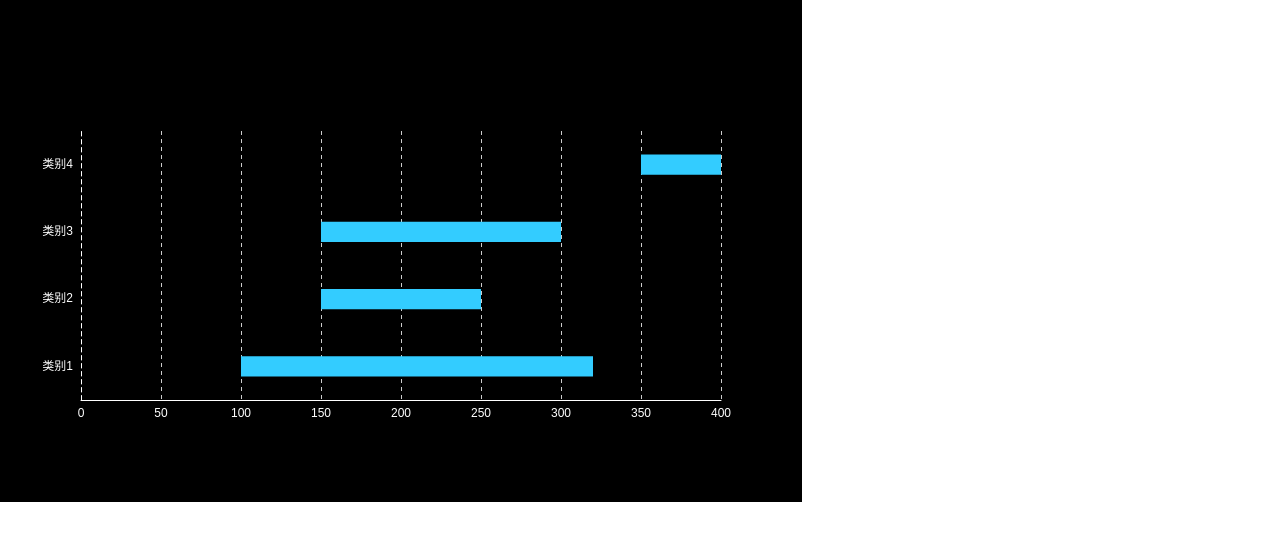
Repository: 572031690/echartproj
Page: /#/test
An editor plug-in stored every save of this project. The page is shown before and after the next save, followed by the edit.
The browser window is 1280 px wide. The pictures show the whole page.
The project was rebuilt for these pictures with package versions that can differ from the ones it lists, and the page was loaded fresh each time. Also part of the build but not shown: vue.config.js, src/components/Seller.vue, src/views/SellerPage.vue, src/utils/theme_utils.js, src/components/Trend.vue, src/views/TrendPage.vue, src/utils/map_utils.js, src/components/Map.vue and 9 more.

Above is the page before, as saved 2021-08-05 10:30:46.

After the next save:
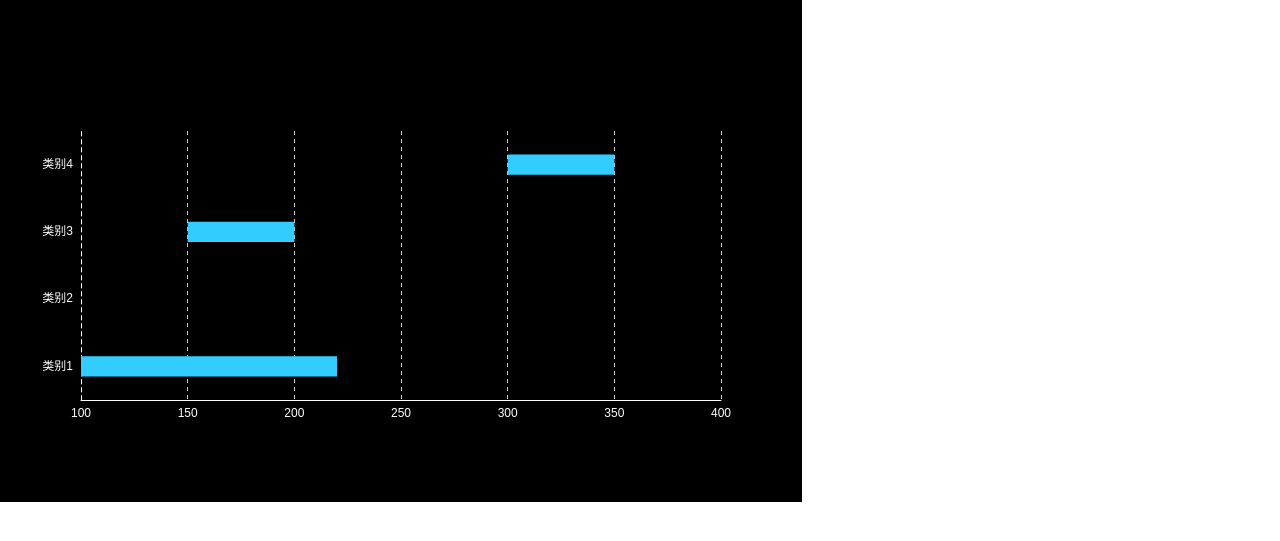
Saved 23 s later.
--- a/src/components/Test.vue
+++ b/src/components/Test.vue
@@ -58,7 +58,7 @@
         xAxis: [
           {
             interval: 50, // 强制设置坐标轴刻度间隔值
-            // scale: true,
+            scale: true,
             type: "value",
             // gridIndex: 0,
             axisLabel: {

After the 2 saves that followed:
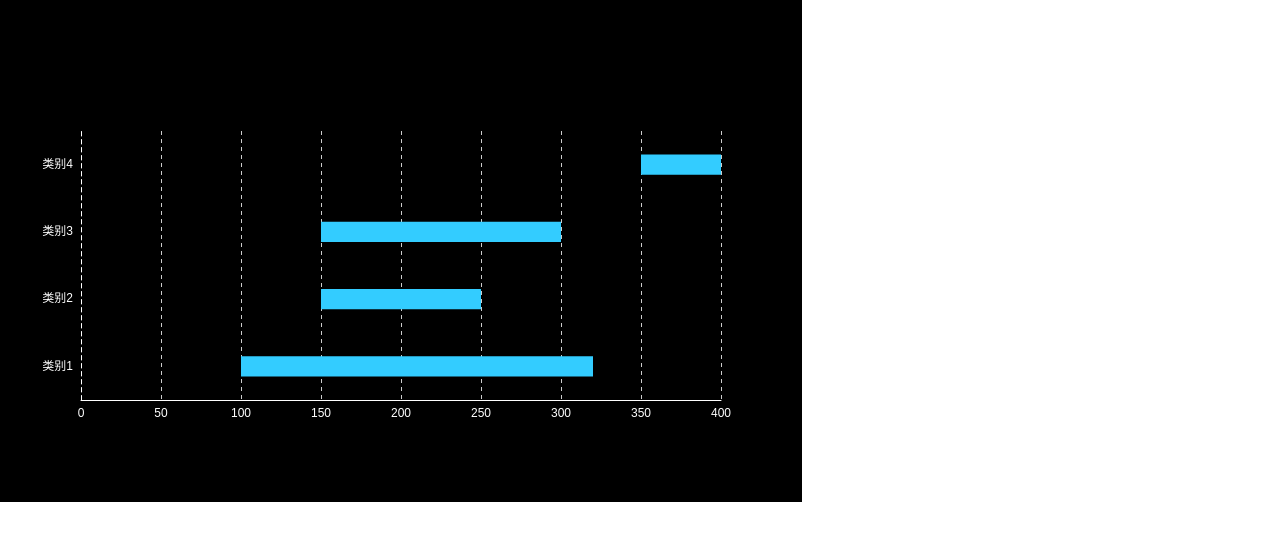
The 2 saves are shown as one change because 1 left the picture as it was.
The last was saved 25 s later.
--- a/src/components/Test.vue
+++ b/src/components/Test.vue
@@ -58,7 +58,7 @@
         xAxis: [
           {
             interval: 50, // 强制设置坐标轴刻度间隔值
-            scale: true,
+            // scale: true,
             type: "value",
             // gridIndex: 0,
             axisLabel: {
